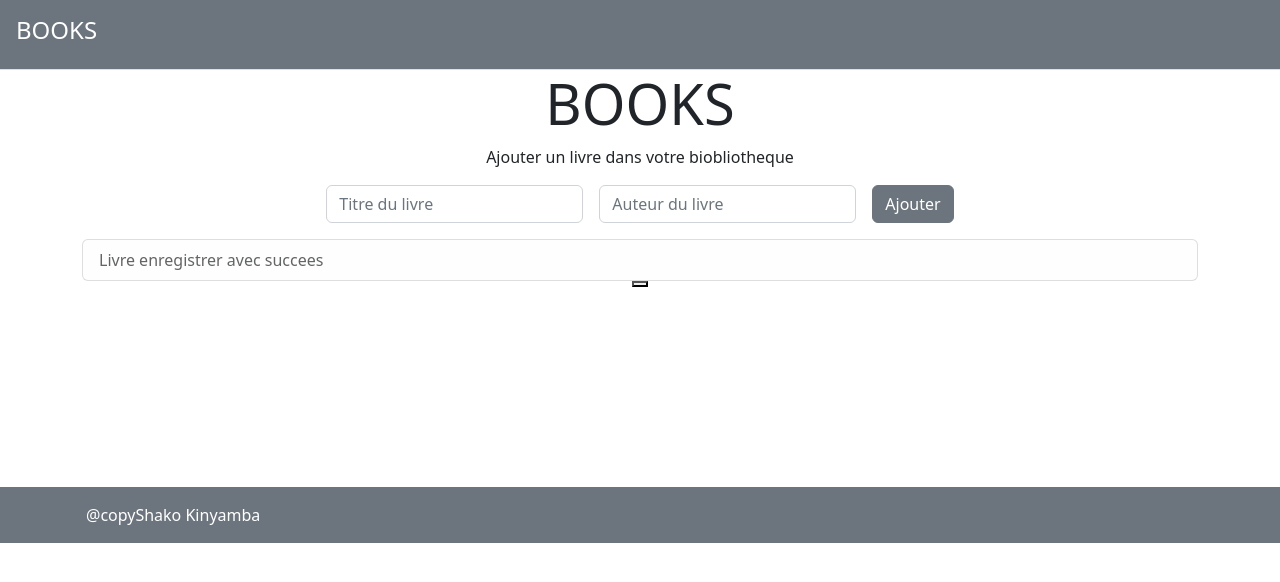
Repository: SKB-TECH/Books
Page: /
These files come from the project's save history. The page is drawn as it stood at one moment and after a run of saves; the edit follows.
The browser window is 1280 px wide. The pictures show the whole page.
The project was rebuilt for these pictures with package versions that can differ from the ones it lists, and the page was loaded fresh each time. Also part of the build but not shown: vite.config.js.

Above is the page before, as saved 2022-11-09 16:16:41.

### src/main.jsx
import React from 'react'
import ReactDOM from 'react-dom/client'
import App from './App'
import 'bootstrap/dist/css/bootstrap.min.css'

ReactDOM.createRoot(document.getElementById('root')).render(
  <React.StrictMode>
    <App />
  </React.StrictMode>
)

### src/App.jsx
import React from 'react';
import Footer from './components/Footer';
import Navbar from './components/Navbar';
import AddBooks from './Containers/AddBooks'
const App = () => {
  return (
    <div className='App'>
      <Navbar />
      <AddBooks />
      <Footer />
    </div>
  );
};

export default App;

### src/components/Footer.jsx
import React from 'react';

const Footer = () => {
    return (
        <footer className='footer text-white bg-secondary mt-5'>
            <div className='container p-3'>
                <span>
                    @copyShako Kinyamba
                </span>
            </div>
        </footer>
    );
};

export default Footer;

### src/components/Navbar.jsx
import React from 'react';

const Navbar = () => {
    return (
        <header>
            <div className='d-flex flex-column flex-md-row p-3 border-bottom bg-secondary text-white'>
                <h4 className='mr-md-auto'>
                    <a href="/" className='text-decoration-none text-white'>BOOKS</a>
                </h4>
            </div>
            {/* Menu principl */}
        </header>
    );
};

export default Navbar;

### src/Containers/AddBooks.jsx
import React from 'react';

const AddBooks = () => {
    return (
        <main role="main">
            <div className='jumbotron jumbotron-fluid'>
                <div className='container text-center'>
                    <h1 className='display-4'>
                        BOOKS
                    </h1>
                    <p>
                        Ajouter un livre dans votre biobliotheque
                    </p>

                    <form className="form-inline justify-content-center row g-3">
                        <div className="col-auto">
                            <input type="password" className="form-control ml-3" id="inputPassword2" placeholder="Titre du livre" />
                        </div>
                        <div className="col-auto">
                            <input type="password" className="form-control ml-3" id="inputPassword2" placeholder="Auteur du livre" />
                        </div>
                        <div class="col-auto">
                            <button type="submit" className="btn btn-secondary mb-3">Ajouter</button>
                        </div>
                    </form>
                </div>
            </div>

            <div className='container' style={{ minHeight: '200px' }}>
                <div className='row'>
                    <div className='col-md-12'>
                        <ul className='list-group'>
                            <li className='list-group-item list-group-item-light d-flex justify-content-between'>
                                Livre enregistrer avec succees
                            </li>
                        </ul>
                    </div>

                    <div className='d-flex justify-content-center'>
                            <button></button>
                    </div>
                </div>
            </div>
        </main>
    );
};

export default AddBooks;

Loaded but not shown: index.html (common file)

After the next 2 saves:
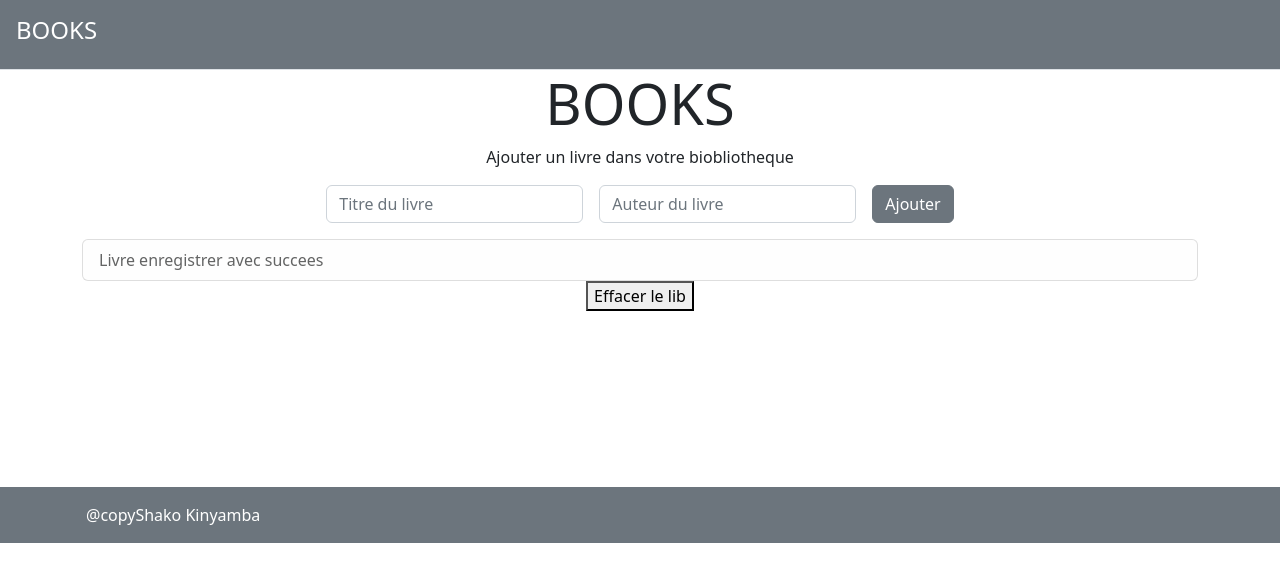
The 2 saves are shown as one change because they came seconds apart.
The last was saved 8 s later.
--- a/src/Containers/AddBooks.jsx
+++ b/src/Containers/AddBooks.jsx
@@ -37,7 +37,7 @@ const AddBooks = () => {
                     </div>
 
                     <div className='d-flex justify-content-center'>
-                            <button></button>
+                            <button>Effacer le lib</button>
                     </div>
                 </div>
             </div>
